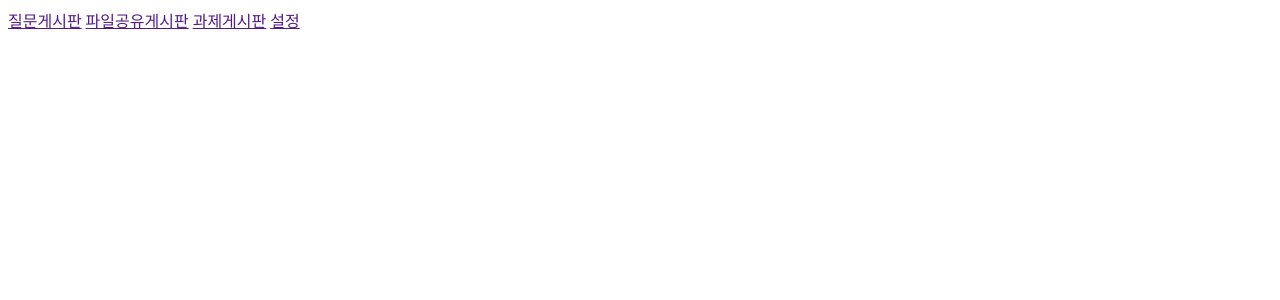
Repository: kalmia26/Capstone
Page: http://localhost/LectureSystem/Meun.jsp
An editor plug-in stored every save of this project. The page is shown before and after the next save, followed by the edit.
The browser window is 1280 px wide. The pictures show the whole page.
The page is served by Tomcat 9.

Above is the page before, as saved 2017-04-12 03:24:40.

After the next save:
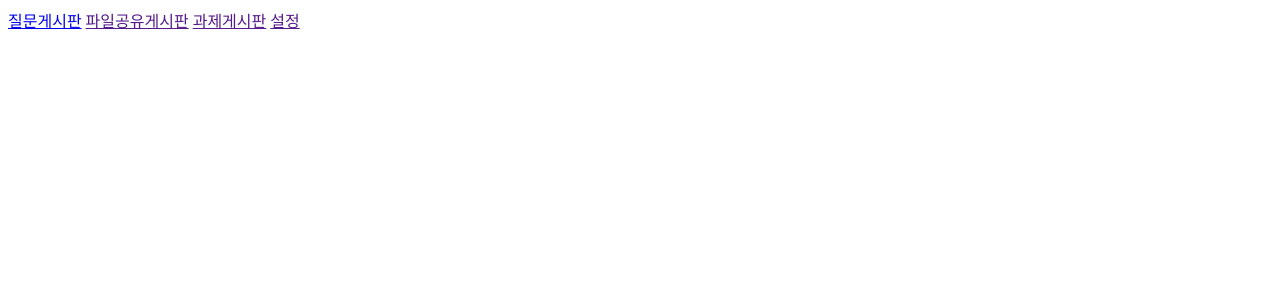
Saved 21 s later.
--- a/LectureSystem/WebContent/Meun.jsp
+++ b/LectureSystem/WebContent/Meun.jsp
@@ -8,7 +8,7 @@
 </head>
 <body>
 	<div id="">
-			<a href="" id='a'><span>질문게시판</span></a>
+			<a href="List1.jsp" id='a' target="left"><span>질문게시판</span></a>
 			<a href="" id='b'><span>파일공유게시판</span></a>
 			<a href="" id='c'><span>과제게시판</span></a>
 			<a href="" id='d'><span>설정</span></a>
